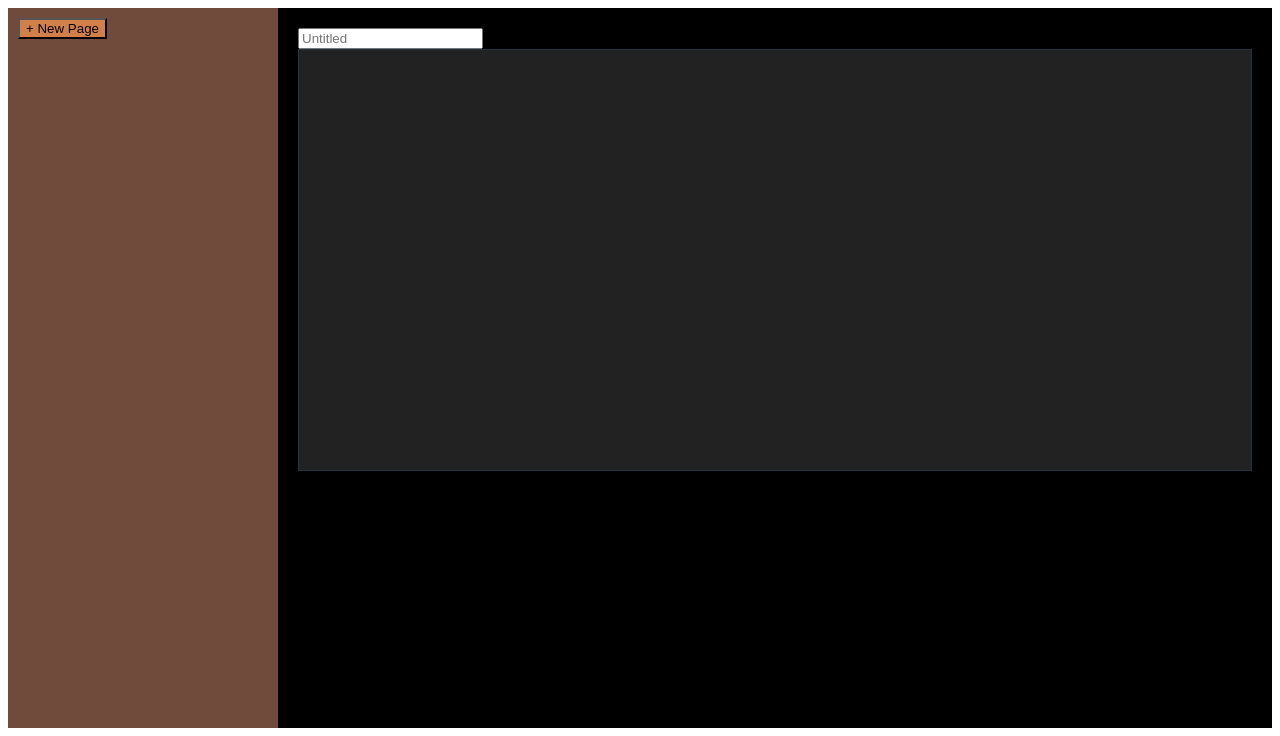
Repository: Dharshinimk-521/notes-app
Page: index.html
The author's editor kept a copy of each file at every save. The page is drawn from the files as they stood at one save, then again after the next save.
The browser window is 1280 px wide. The pictures show the whole page.

Above is the page before, as saved 2026-04-18 19:57:33.

### index.html
<!DOCTYPE html>
<html lang="en">
    <head>
        <meta charset="UTF-8">
        <meta name="viewport" content="width=device-width, initial-scale=1.0">
        <title>Notes App</title>
        <link rel="stylesheet" href="style.css">
        <script src="app.js" defer></script>
    </head>
    <body>
    <div class="app">

        <aside class="sidebar">
        <button id="newPageBtn">+ New Page</button>
        <ul id="pageList"></ul>
        </aside>

        <main class="editor">
        <input id="pageTitle" placeholder="Untitled" />
        <div id="editorArea" contenteditable="true"></div>
        </main>

    </div>


    </body>
</html>

### style.css

.app {
  margin: 0;
  display: flex;
  height: 100vh;
  background-color: black;
}

.sidebar {
  width: 250px;
  background: #704B3C;
  padding: 10px;
}

.editor {
  flex: 1;
  padding: 20px;
}

#editorArea {
  min-height: 400px;
  background-color: #222222;
  border: 1px solid #2a6c9e3e;
  padding: 10px;
}
#newPageBtn{
 background-color: #D28048;
}

Loaded but not shown: app.js (no copy from this time; the picture is the same without it)

After the next save:
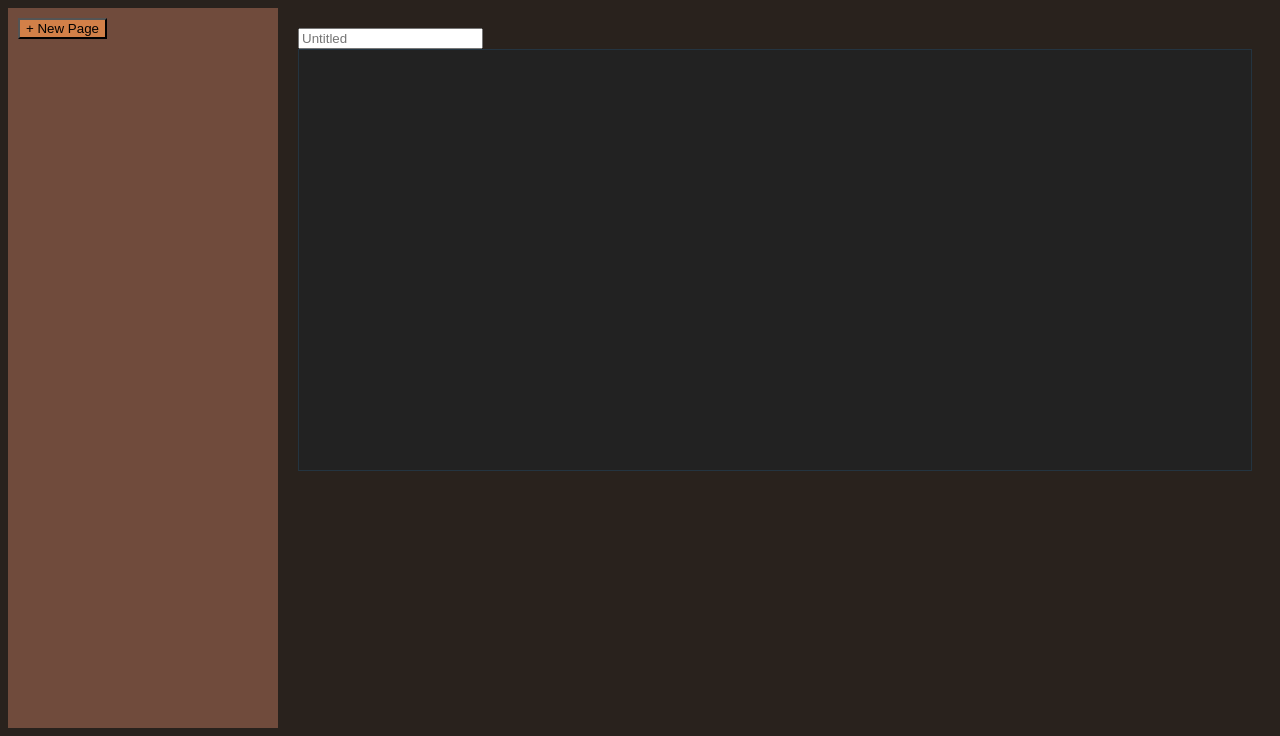
Saved 37 s later.
--- a/style.css
+++ b/style.css
@@ -1,9 +1,11 @@
-
+body{
+    background-color: #29221D;
+}
 .app {
   margin: 0;
   display: flex;
   height: 100vh;
-  background-color: black;
+
 }
 
 .sidebar {
